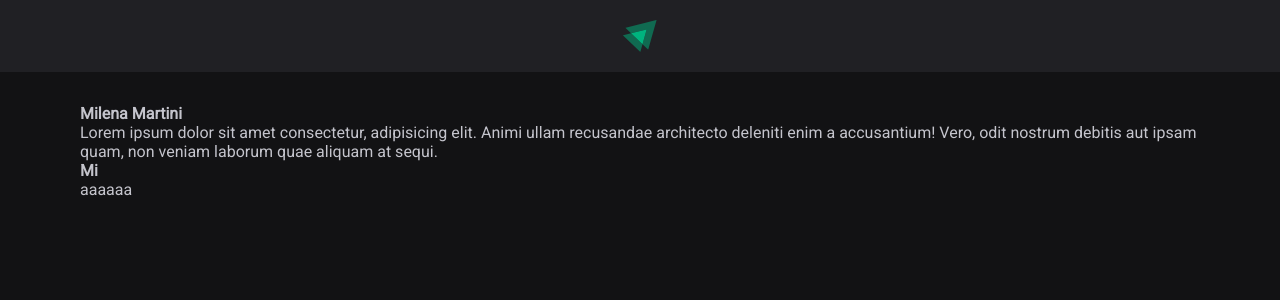
Repository: MilenaMartini/IgniteRckReactJs
Page: /
These files come from the project's save history. The page is drawn as it stood at one moment and after a run of saves; the edit follows.
The browser window is 1280 px wide. The pictures show the whole page.
The project was rebuilt for these pictures with package versions that can differ from the ones it lists, and the page was loaded fresh each time. Also part of the build but not shown: vite.config.js.

Above is the page before, as saved 2023-04-14 16:42:49.

After the next 7 saves:
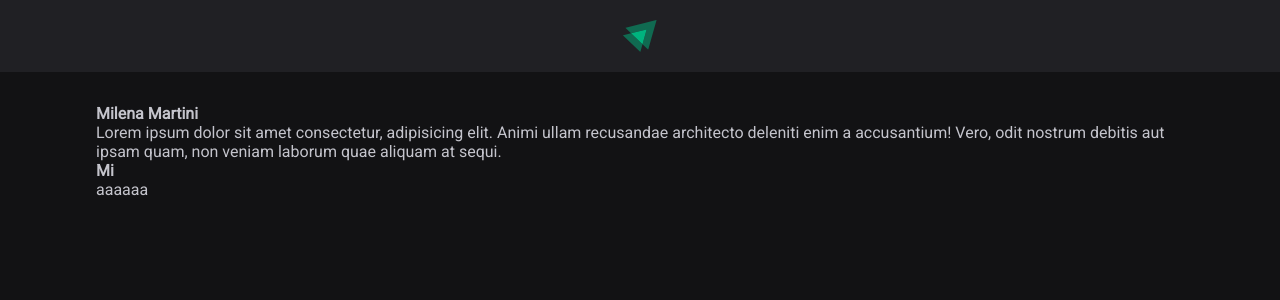
The 7 saves are shown as one change because they came seconds apart.
The last was saved 43 s later.
--- a/src/App.module.css
+++ b/src/App.module.css
@@ -1,5 +1,8 @@
 .wrapper {
   max-width: 70rem;
   margin: 2rem auto;
-  padding: ;
+  padding: 0 1rem;
+
+  display: grid;
+  grid-template-columns: ;
 }
